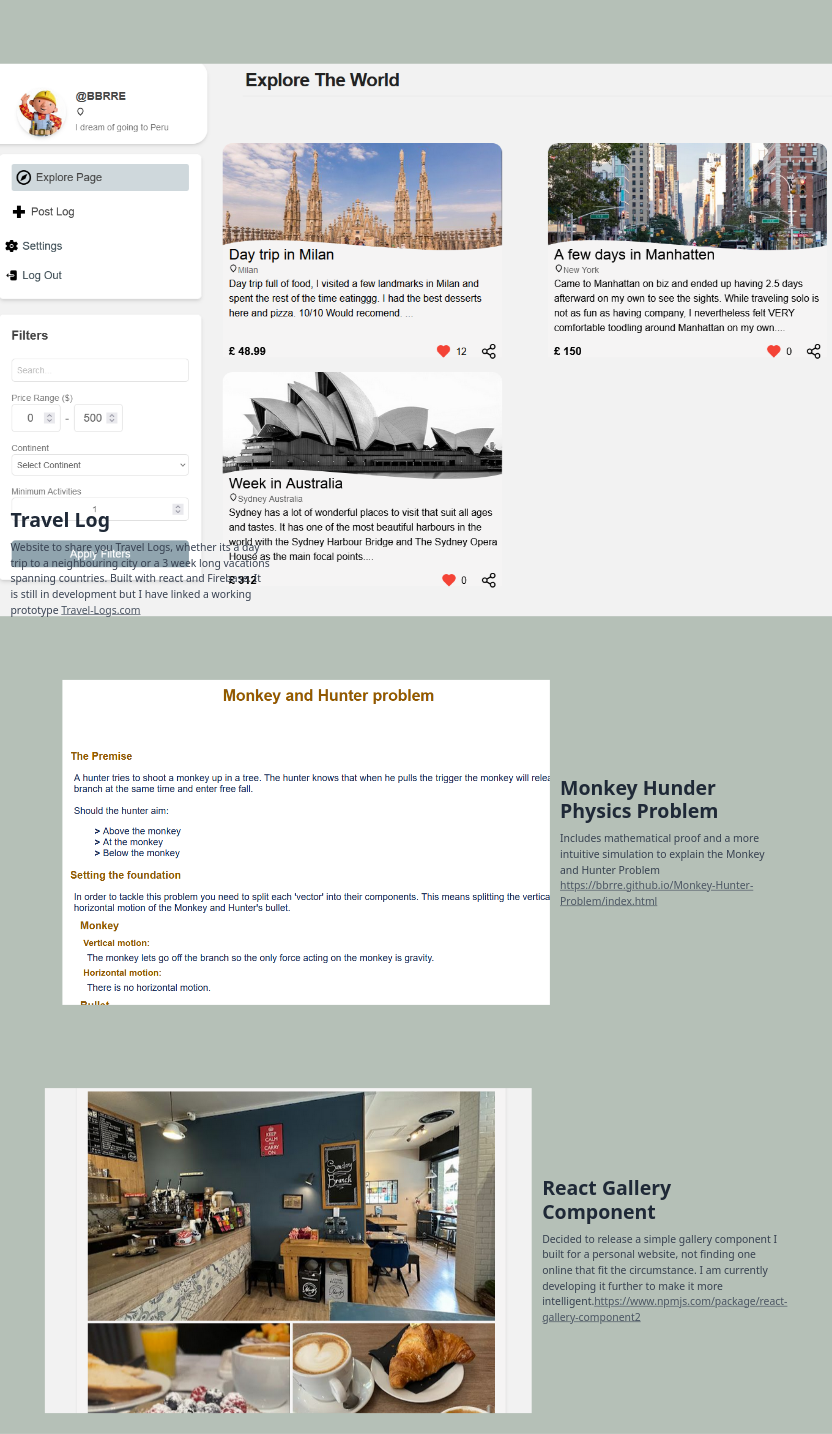
Repository: BBRRE/Portfolio-V2
Page: /#/Computer-Sci
An editor plug-in stored every save of this project. The page is shown before and after the next save, followed by the edit.
The browser window is 1280 px wide. The pictures show the whole page, at 65% of full size.
Some web fonts or font styles are not loaded; a fallback is used. The project was rebuilt for these pictures with package versions that can differ from the ones it lists, and the page was loaded fresh each time. Also part of the build but not shown: vite.config.js, src/Subjects/Archi.jsx, src/Subjects/EEng.jsx, src/Subjects/Other.jsx, src/Projects Overview.jsx, src/HomePage.jsx, src/ErrorBoundary.jsx.

Above is the page before, as saved 2024-11-29 09:08:36.

After the next save:
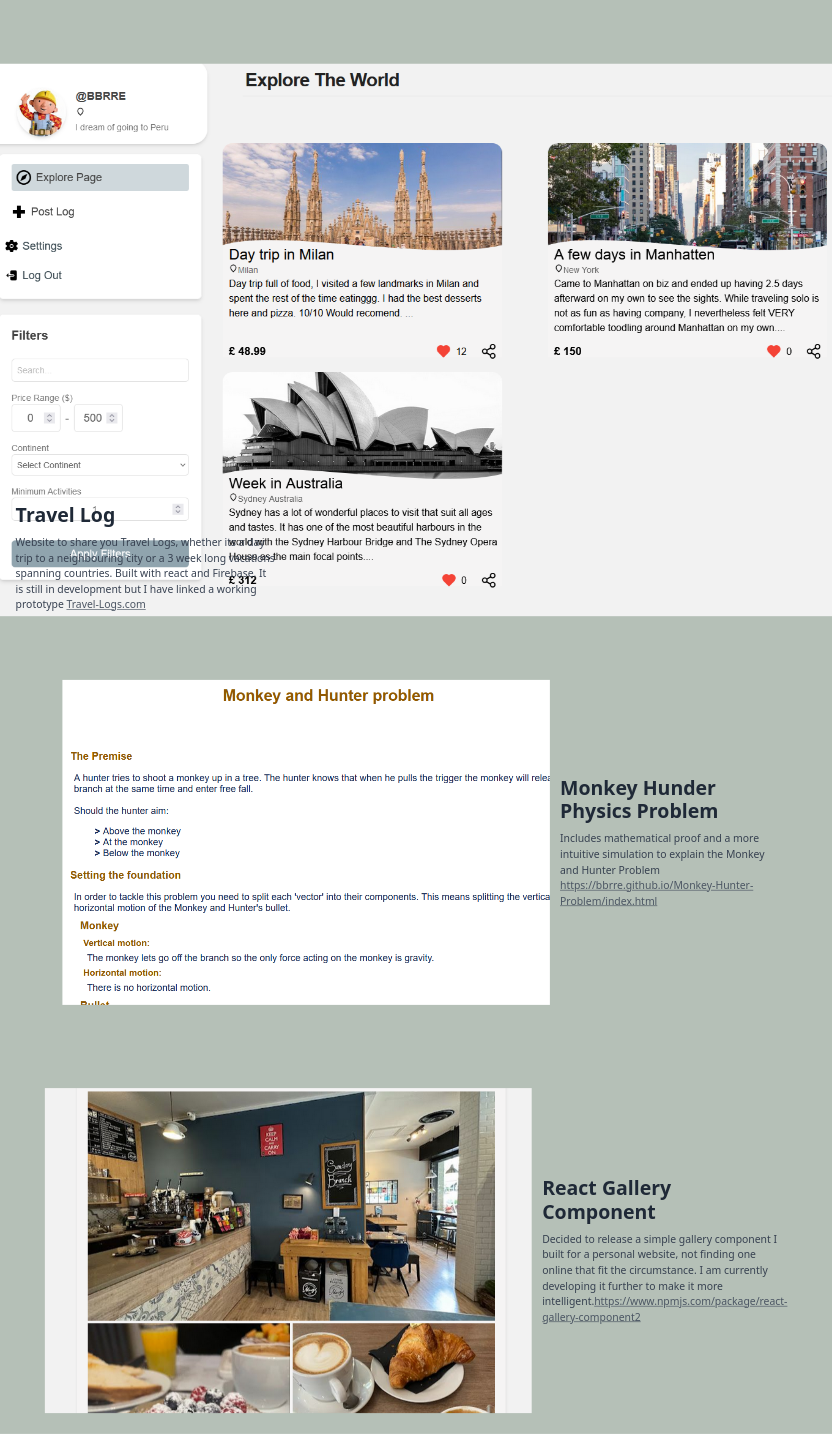
Saved 13 s later.
--- a/src/Subjects/CompSci.jsx
+++ b/src/Subjects/CompSci.jsx
@@ -8,7 +8,7 @@ const CompSci = () => {
     <div className='bg-[#B5C0B7] w-full h-auto min-h-screen grid grid-cols-1'>
       <div className='relative mx-auto mt-24'>
         <img src={cs} />
-        <div className=" absolute bottom-0 left-0 flex flex-col ml-4 gap-3 justify-center">
+        <div className=" absolute bottom-2 left-2 flex flex-col ml-4 gap-3 justify-center">
           <h2 className=" text-left text-xl md:text-2xl lg:text-3xl font-semibold text-gray-800">
             Travel Log
           </h2>
